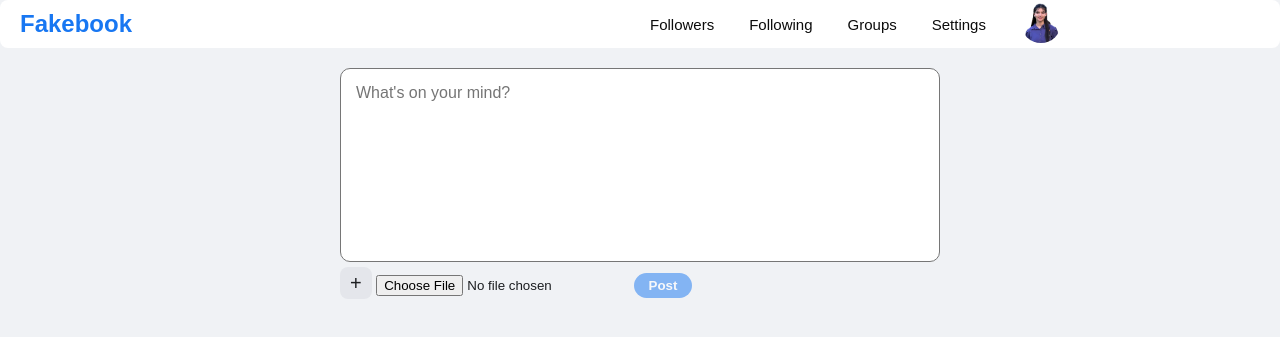
Repository: harpreetkaur2201/FAKEBOOK
Page: fakebook_profile/index.html
These files come from the project's save history. The page is drawn as it stood at one moment and after the next save; the edit follows.
The browser window is 1280 px wide. The pictures show the whole page.

Above is the page before, as saved 2025-11-14 19:58:28.

After the next save:
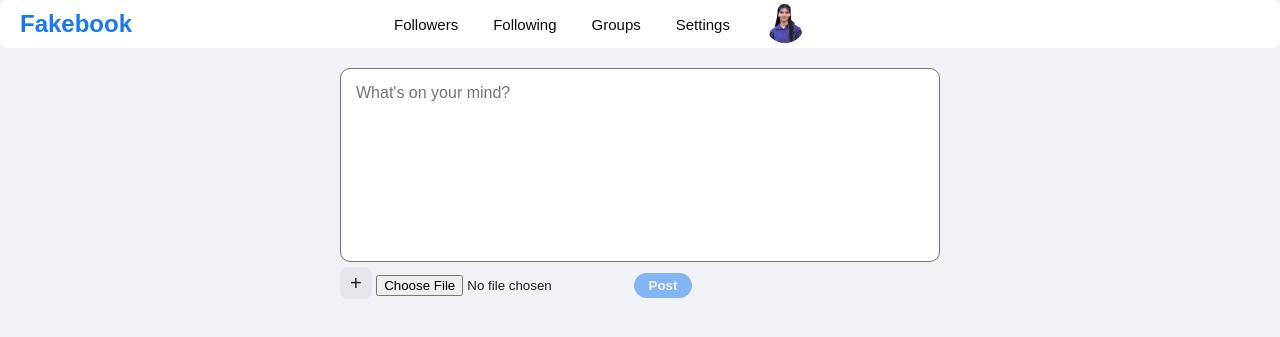
Saved 32 s later.
--- a/fakebook_profile/assets/styles/style.css
+++ b/fakebook_profile/assets/styles/style.css
@@ -35,7 +35,7 @@ header .logo {
 
 header nav {
   position: absolute;
-  left:50%;
+  left: 30%;
   display: flex;
   gap: 15px;
   align-items: center;
